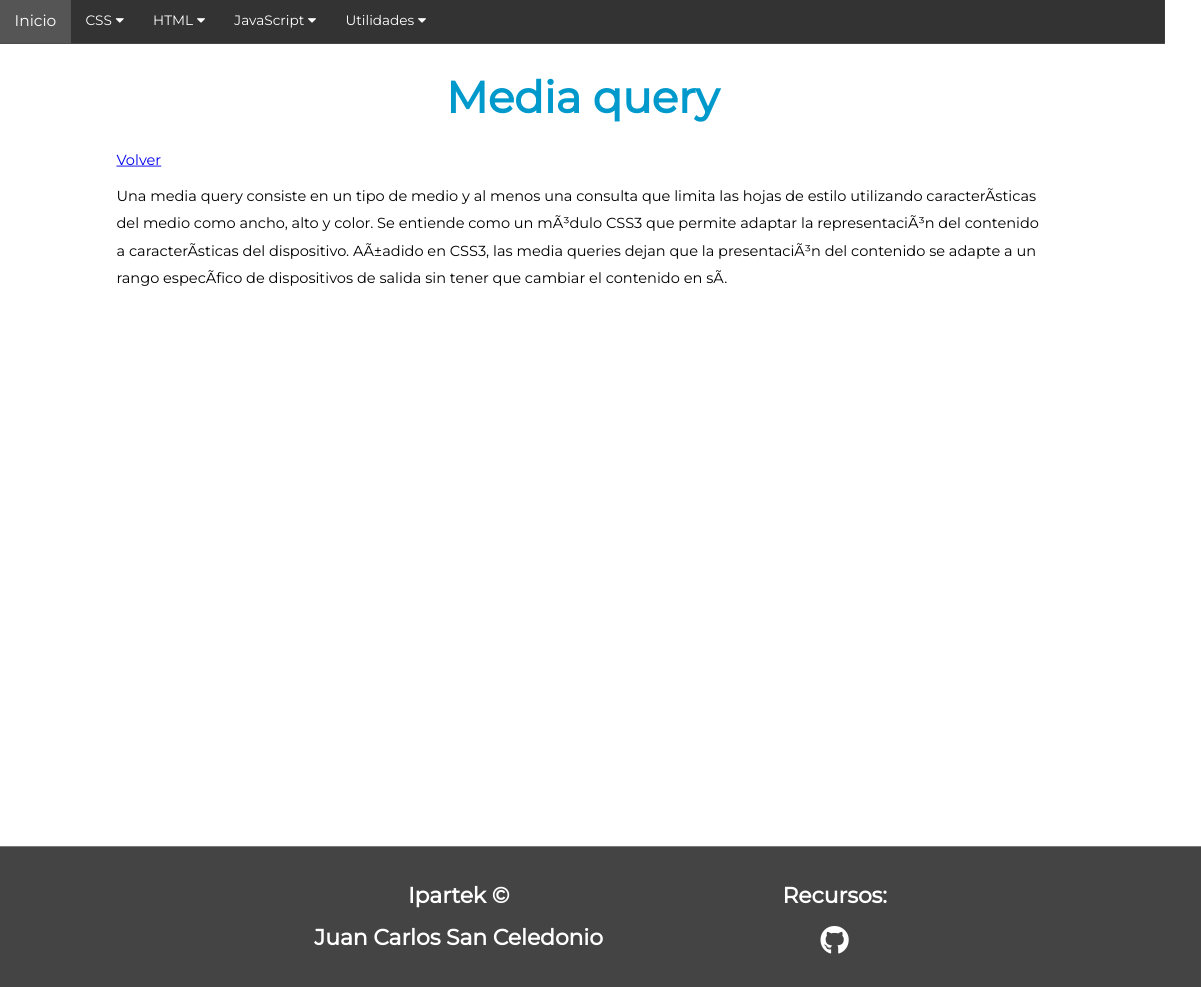
Repository: jcsanceledonio/java_2019_0396_2
Page: http://localhost/javaWebApp/ejemplos/css/media-querys.jsp
The author's editor kept a copy of each file at every save. The page is drawn from the files as they stood at one save, then again after the next save.
The browser window is 1280 px wide. The page is 1320 px wide, so the pictures cover 1320 px, including what lies to the right of the window. The pictures show the whole page, at 91% of full size.
Some web libraries are served in a nearby version. The page is served by Tomcat 9.

Above is the page before, as saved 2019-11-22 08:54:35.

After the next save:
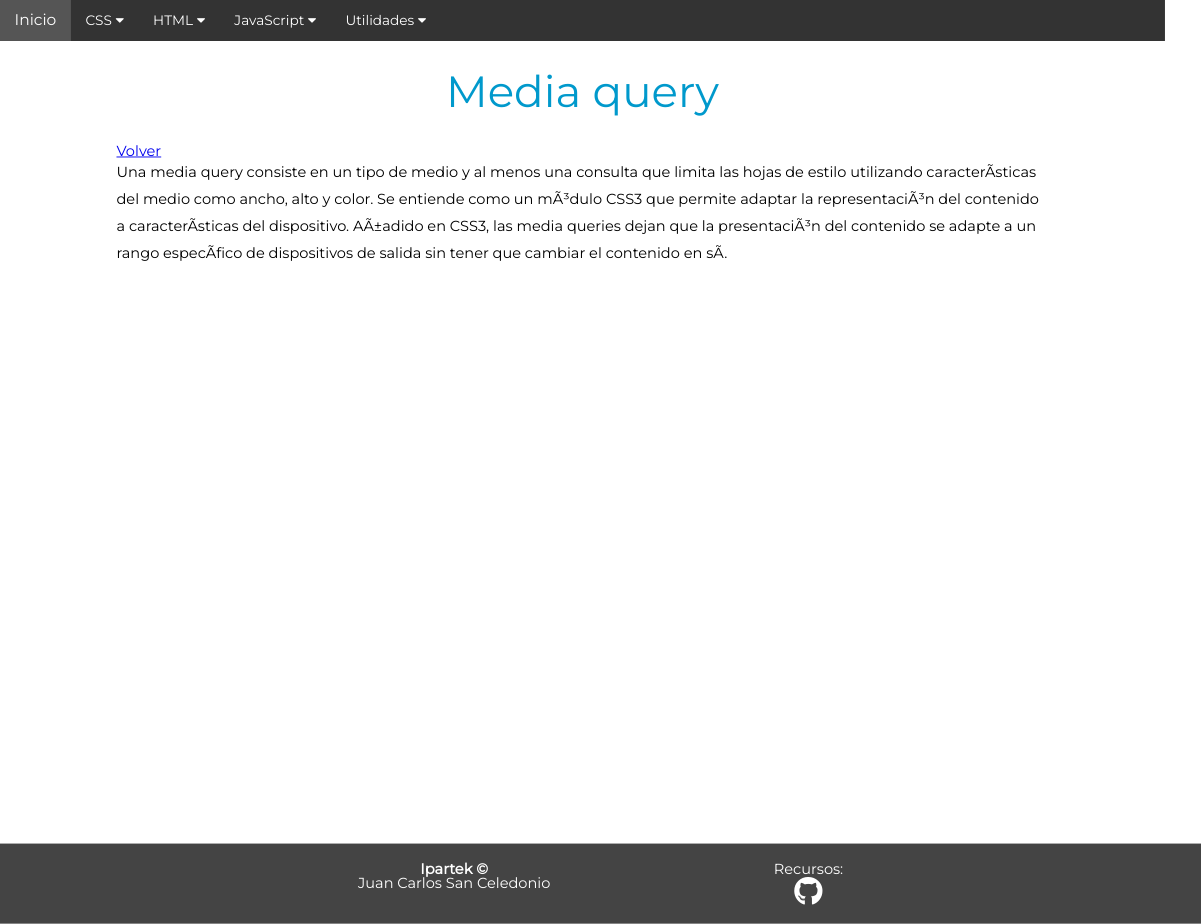
Saved 25 min 4 s later.
--- a/javaWebApp/src/main/webapp/css/styles.css
+++ b/javaWebApp/src/main/webapp/css/styles.css
@@ -19,7 +19,7 @@ orden CSS
 
 /* Resetea los estilos */
 
-/* @import url("reset.css"); */
+@import url("reset.css");
 
 /* Normaliza los estilos */
 
